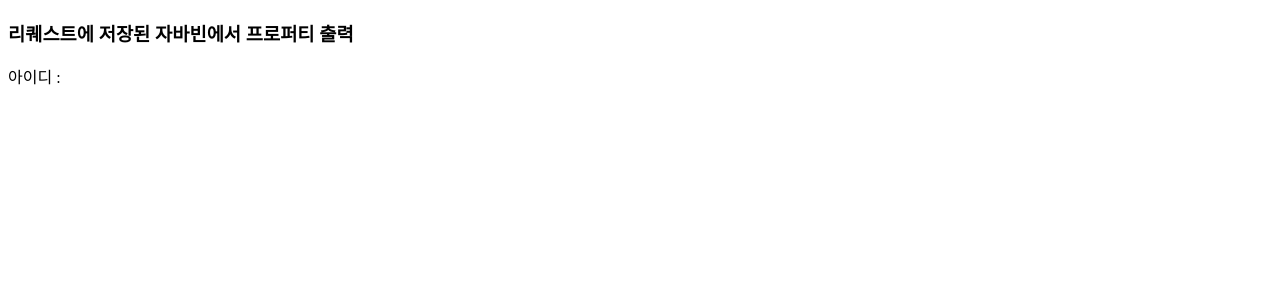
Repository: YooMyeongSeon/JSP_Servlet_Study
Page: http://localhost/web07/Ex_08_Result.jsp
An editor plug-in stored every save of this project. The page is shown before and after the next save, followed by the edit.
The browser window is 1280 px wide. The pictures show the whole page.
The page is served by Tomcat 9. Other server files are loaded and not shown.

Above is the page before, as saved 2022-06-10 02:54:38.

### web07/WebContent/Ex_08_Result.jsp
<%@ page language="java" contentType="text/html; charset=UTF-8"
    pageEncoding="UTF-8"%>
<!DOCTYPE html>
<html>
<head>
<meta charset="UTF-8">
<title>Insert title here</title>
</head>
<body>
	<h3>리퀘스트에 저장된 자바빈에서 프로퍼티 출력</h3>
	아이디 : ${ requestScope.member.userId }<br>
</body>
</html>

After the next save:
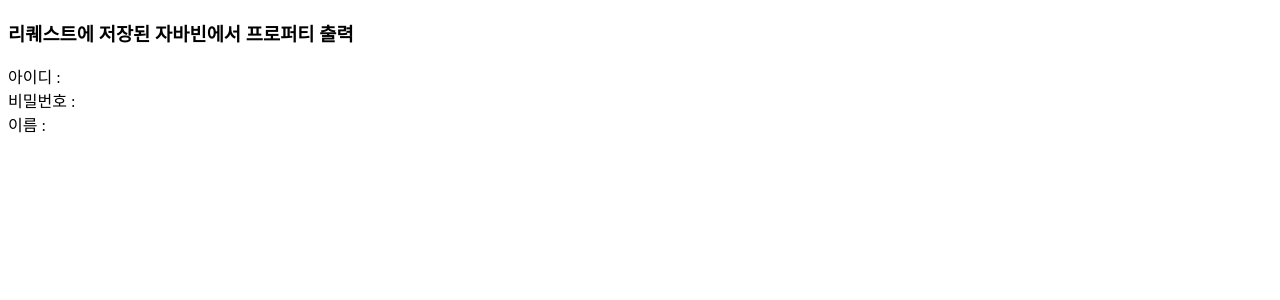
Saved 20 s later.
--- a/web07/WebContent/Ex_08_Result.jsp
+++ b/web07/WebContent/Ex_08_Result.jsp
@@ -9,5 +9,7 @@
 <body>
 	<h3>리퀘스트에 저장된 자바빈에서 프로퍼티 출력</h3>
 	아이디 : ${ requestScope.member.userId }<br>
+	비밀번호 : ${ requestScope.member.userPw }<br>
+	이름 : ${ requestScope.member.userName }<br>
 </body>
 </html>
